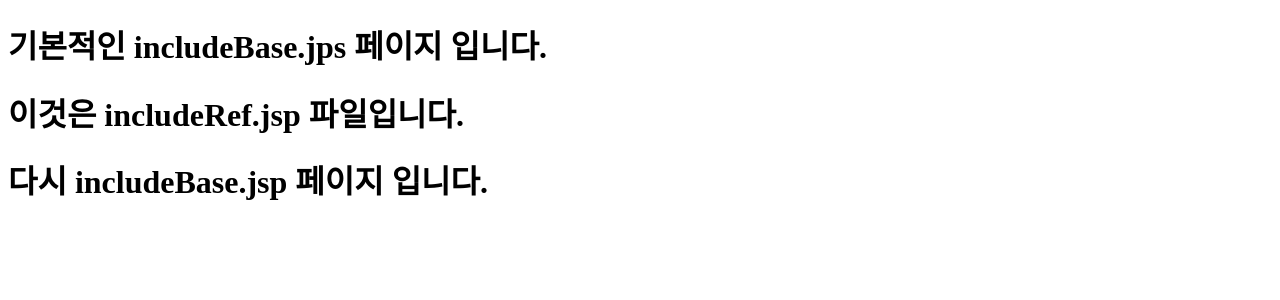
Repository: hyun5292/school
Page: http://localhost/PSH_1019/includeBase.jsp
These files come from the project's save history. The page is drawn as it stood at one moment and after the next save; the edit follows.
The browser window is 1280 px wide. The pictures show the whole page.
The page is served by Tomcat 9.

Above is the page before, as saved 2018-10-19 07:18:55.

### JSP2-2/PSH_1019_2/PSH_1019/WebContent/includeBase.jsp
<%@ page language="java" contentType="text/html; charset=EUC-KR"
    pageEncoding="EUC-KR"%>
<!DOCTYPE html>
<html>
<head>
<meta charset="EUC-KR">
<title>Insert title here</title>
</head>
<body>
<h1>기본적인 includeBase.jps 페이지 입니다.</h1>
<%@ include file = "includeRef.jsp" %>
<h1> 다시 includeBase.jsp 페이지 입니다.</h1>
</body>
</html>

### JSP2-2/PSH_1019_2/PSH_1019/WebContent/includeRef.jsp
<%@ page language="java" contentType="text/html; charset=EUC-KR"
    pageEncoding="EUC-KR"%>
<!DOCTYPE html>
<html>
<head>
<meta charset="EUC-KR">
<title>Insert title here</title>
</head>
<body>
<h1>이것은 includeRef.jsp 파일입니다.</h1>
</body>
</html>

After the next save:
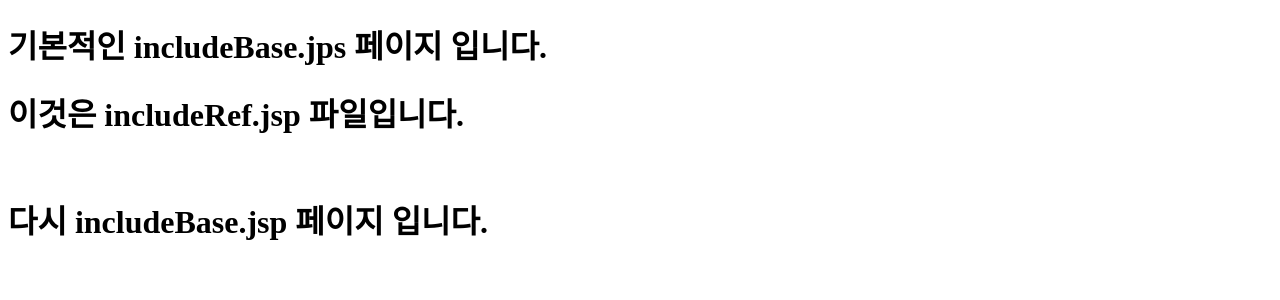
Saved 29 s later.
--- a/JSP2-2/PSH_1019_2/PSH_1019/WebContent/includeRef.jsp
+++ b/JSP2-2/PSH_1019_2/PSH_1019/WebContent/includeRef.jsp
@@ -7,6 +7,6 @@
 <title>Insert title here</title>
 </head>
 <body>
-<h1>이것은 includeRef.jsp 파일입니다.</h1>
+<h1>이것은 includeRef.jsp 파일입니다.</h1><br/>
 </body>
 </html>
